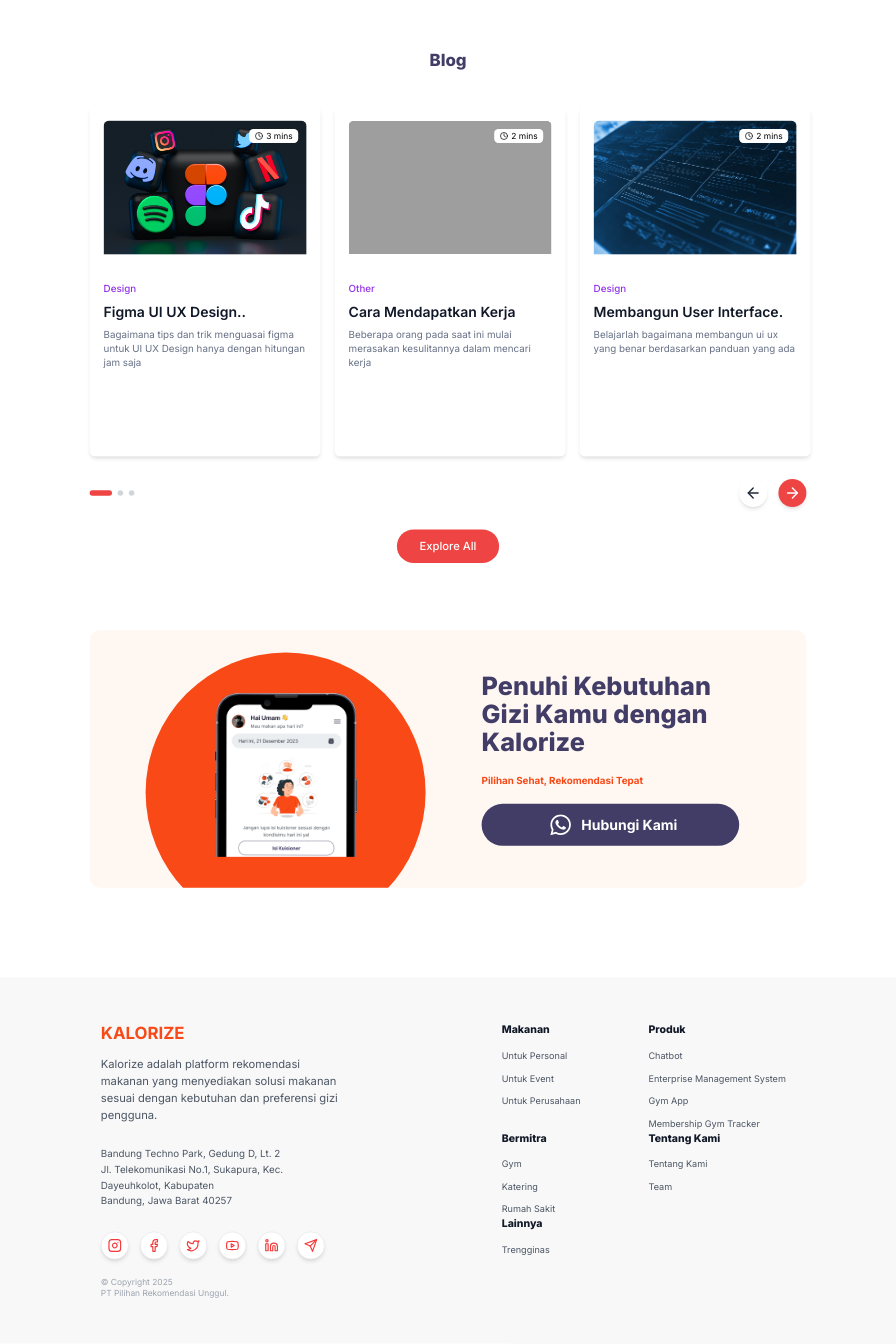
Repository: kalorizeofficial/new-main-web-kalorize
Page: /
The author's editor kept a copy of each file at every save. The page is drawn from the files as they stood at one save, then again after the next save.
The browser window is 1280 px wide. The pictures show the part of the page from y = 1095 to 3015 px (the page is 3015 px tall), at 70% of full size.
Pictures or frames that could not be fetched are drawn as grey boxes. The project was rebuilt for these pictures with package versions that can differ from the ones it lists, and the page was loaded fresh each time.

Above is the page before, as saved 2025-03-01 01:56:07.

### src/index.css
@import url("https://fonts.googleapis.com/css2?family=Inter:wght@100;200;300;400;500;600;700;800;900&display=swap");
@tailwind base;
@tailwind components;
@tailwind utilities;

### src/App.jsx
import Navbar from "./components/layout/Navbar";
import Partner from "./pages/partner";
import Testimoni from "./pages/testimoni";
import Blog from "./pages/blog";
import Contact from "./pages/contact";
import Footer from "./components/layout/Footer";

function App() {
  return (
    <div className="min-h-screen flex flex-col">
      <Navbar />
      <main className="flex-grow">
        <Partner />
        <Testimoni />
        <Blog />
        <Contact />
      </main>
      <Footer />
    </div>
  );
}

export default App;

### src/components/layout/Navbar.jsx
function Navbar() {
  return (
    <nav class="bg-white border-gray-200 dark:bg-gray-900">
      <div class="max-w-screen-xl flex flex-wrap items-center justify-between mx-auto p-4">
        <a
          href="https://flowbite.com/"
          class="flex items-center space-x-3 rtl:space-x-reverse"
        >
          <img
            src="https://flowbite.com/docs/images/logo.svg"
            class="h-8"
            alt="Flowbite Logo"
          />
          <span class="self-center text-2xl font-semibold whitespace-nowrap dark:text-white">
            Flowbite
          </span>
        </a>
        <button
          data-collapse-toggle="navbar-default"
          type="button"
          class="inline-flex items-center p-2 w-10 h-10 justify-center text-sm text-gray-500 rounded-lg md:hidden hover:bg-gray-100 focus:outline-none focus:ring-2 focus:ring-gray-200 dark:text-gray-400 dark:hover:bg-gray-700 dark:focus:ring-gray-600"
          aria-controls="navbar-default"
          aria-expanded="false"
        >
          <span class="sr-only">Open main menu</span>
          <svg
            class="w-5 h-5"
            aria-hidden="true"
            xmlns="http://www.w3.org/2000/svg"
            fill="none"
            viewBox="0 0 17 14"
          >
            <path
              stroke="currentColor"
              stroke-linecap="round"
              stroke-linejoin="round"
              stroke-width="2"
              d="M1 1h15M1 7h15M1 13h15"
            />
          </svg>
        </button>
        <div class="hidden w-full md:block md:w-auto" id="navbar-default">
          <ul class="font-medium flex flex-col p-4 md:p-0 mt-4 border border-gray-100 rounded-lg bg-gray-50 md:flex-row md:space-x-8 rtl:space-x-reverse md:mt-0 md:border-0 md:bg-white dark:bg-gray-800 md:dark:bg-gray-900 dark:border-gray-700">
            <li>
              <a
                href="#"
                class="block py-2 px-3 text-white bg-blue-700 rounded-sm md:bg-transparent md:text-blue-700 md:p-0 dark:text-white md:dark:text-blue-500"
                aria-current="page"
              >
                Home
              </a>
            </li>
            <li>
              <a
                href="#"
                class="block py-2 px-3 text-gray-900 rounded-sm hover:bg-gray-100 md:hover:bg-transparent md:border-0 md:hover:text-blue-700 md:p-0 dark:text-white md:dark:hover:text-blue-500 dark:hover:bg-gray-700 dark:hover:text-white md:dark:hover:bg-transparent"
              >
                About
              </a>
            </li>
            <li>
              <a
                href="#"
                class="block py-2 px-3 text-gray-900 rounded-sm hover:bg-gray-100 md:hover:bg-transparent md:border-0 md:hover:text-blue-700 md:p-0 dark:text-white md:dark:hover:text-blue-500 dark:hover:bg-gray-700 dark:hover:text-white md:dark:hover:bg-transparent"
              >
                Services
              </a>
            </li>
            <li>
              <a
                href="#"
                class="block py-2 px-3 text-gray-900 rounded-sm hover:bg-gray-100 md:hover:bg-transparent md:border-0 md:hover:text-blue-700 md:p-0 dark:text-white md:dark:hover:text-blue-500 dark:hover:bg-gray-700 dark:hover:text-white md:dark:hover:bg-transparent"
              >
                Pricing
              </a>
            </li>
            <li>
              <a
                href="#"
                class="block py-2 px-3 text-gray-900 rounded-sm hover:bg-gray-100 md:hover:bg-transparent md:border-0 md:hover:text-blue-700 md:p-0 dark:text-white md:dark:hover:text-blue-500 dark:hover:bg-gray-700 dark:hover:text-white md:dark:hover:bg-transparent"
              >
                Contact
              </a>
            </li>
          </ul>
        </div>
      </div>
    </nav>
  );
}

export default Navbar;

### src/pages/partner.jsx
const Partner = () => {
  const partners = [
    {
      name: "Zoom",
      logo: "/images/partners/zoom.png",
    },
    {
      name: "Adobe Creative Cloud",
      logo: "/images/partners/adobe.png",
    },
    {
      name: "Slack",
      logo: "/images/partners/slack.png",
    },
    {
      name: "Dropbox",
      logo: "/images/partners/dropbox.png",
    },
    {
      name: "Google Drive",
      logo: "/images/partners/gdrive.png",
    },
  ];

  const DecorativeCircle = ({ className }) => (
    <div
      className={`absolute w-3 h-3 rounded-full bg-[#2A85FF] opacity-100 ${className}`}
    />
  );

  return (
    <section className="pt-[100px] md:pt-[164px] pb-8 px-4 relative">
      {/* Decorative circles - hidden on mobile */}
      <DecorativeCircle className="hidden md:block top-80 left-72" />
      <DecorativeCircle className="hidden md:block bottom-8 right-72" />

      <h2 className="text-[20px] md:text-[24px] font-inter font-extrabold leading-[100%] text-center text-[#565656] mb-8 md:mb-12">
        Partner Kami
      </h2>

      <div className="max-w-8xl mx-auto overflow-x-auto">
        <div className="flex justify-start md:justify-center items-center gap-4 md:gap-20 md:flex-wrap min-w-min">
          {partners.map((partner, index) => (
            <div key={index} className="relative py-2 md:py-4 flex-shrink-0">
              <img
                src={partner.logo}
                alt={`${partner.name} logo`}
                className="w-[60px] h-[60px] md:w-[140px] md:h-[140px] object-contain transition-shadow duration-200 hover:shadow-xl rounded-[15px] md:rounded-[25px]"
              />
            </div>
          ))}
        </div>
      </div>
    </section>
  );
};

export default Partner;

### src/pages/blog.jsx
// Komponen Blog: Menampilkan carousel blog posts dengan navigasi
// dan tombol eksplorasi. Komponen ini menggunakan state untuk
// mengatur slide yang aktif.

import React, { useState } from "react";
import { Clock, ArrowLeftIcon, ArrowRightIcon } from "lucide-react";

const Blog = () => {
  // State untuk mengontrol slide yang sedang aktif
  const [currentSlide, setCurrentSlide] = useState(0);

  // Data blog posts yang akan ditampilkan dalam carousel
  const blogPosts = [
    {
      image: "/images/blog/blog1.jpeg",
      category: "Design",
      title: "Figma UI UX Design..",
      description:
        "Bagaimana tips dan trik menguasai figma untuk UI UX Design hanya dengan hitungan jam saja",
      readTime: "3 mins",
    },
    {
      image: "/images/blog/blog2.jpeg",
      category: "Other",
      title: "Cara Mendapatkan Kerja",
      description:
        "Beberapa orang pada saat ini mulai merasakan kesulitannya dalam mencari kerja",
      readTime: "2 mins",
    },
    {
      image: "/images/blog/blog3.jpeg",
      category: "Design",
      title: "Membangun User Interface.",
      description:
        "Belajarlah bagaimana membangun ui ux yang benar berdasarkan panduan yang ada",
      readTime: "2 mins",
    },
  ];

  // Fungsi untuk berpindah ke slide berikutnya
  // Menggunakan modulo untuk kembali ke awal jika sudah di slide terakhir
  const nextSlide = () => {
    setCurrentSlide((prev) => (prev + 1) % blogPosts.length);
  };

  // Fungsi untuk berpindah ke slide sebelumnya
  // Menggunakan modulo dan penambahan length untuk handling negative index
  const prevSlide = () => {
    setCurrentSlide((prev) => (prev - 1 + blogPosts.length) % blogPosts.length);
  };

  // Fungsi untuk langsung berpindah ke slide tertentu
  // Digunakan oleh navigation dots
  const goToSlide = (index) => {
    setCurrentSlide(index);
  };

  return (
    <section className="bg-white px-4 md:px-0">
      <div className="max-w-5xl mx-auto rounded-2xl">
        <h2 className="text-[20px] md:text-[24px] font-inter font-extrabold text-center text-[#413D66] pt-8 mb-8 md:mb-12">
          Blog
        </h2>

        <div className="relative">
          {/* Carousel blog posts */}
          <div className="flex flex-col md:flex-row gap-5">
            {blogPosts.map((post, index) => (
              <div
                key={index}
                className={`w-full md:w-[330px] h-auto md:h-[500px] flex-none bg-white rounded-lg overflow-hidden shadow-md transition-opacity duration-300 p-4 md:p-5 ${
                  index === currentSlide ? "block" : "hidden md:block"
                }`}
              >
                <div className="h-[200px] md:h-[45%] relative rounded-lg overflow-hidden pb-4">
                  <img
                    src={post.image}
                    alt={post.title}
                    className="w-full h-full object-cover"
                  />
                  <div className="absolute top-3 right-3 bg-white rounded-md px-2 py-0.5 flex items-center gap-1">
                    <Clock className="w-3 h-3" />
                    <span className="text-xs">{post.readTime}</span>
                  </div>
                </div>

                <div className="h-[60%]">
                  <div className="mt-5">
                    <span className="text-purple-600 text-sm font-medium">
                      {post.category}
                    </span>
                    <h3 className="mt-2 text-xl font-inter font-semibold text-[#101828]">
                      {post.title}
                    </h3>
                    <p className="mt-2 text-[#667085] font-inter text-sm line-clamp-8">
                      {post.description}
                    </p>
                  </div>
                </div>
              </div>
            ))}
          </div>

          {/* Navigation dots and arrows */}
          <div className="flex flex-col md:flex-row justify-between items-center gap-4 md:gap-0 my-8">
            <div className="flex gap-2">
              {blogPosts.map((_, index) => (
                <button
                  key={index}
                  onClick={() => goToSlide(index)}
                  className={`h-2 rounded-full transition-all duration-300 ${
                    index === currentSlide
                      ? "w-8 bg-red-500"
                      : "w-2 bg-gray-300"
                  }`}
                />
              ))}
            </div>

            <div className="flex gap-4">
              <button
                onClick={prevSlide}
                className="bg-white rounded-full p-2 shadow-md hover:bg-gray-50 text-gray-800"
              >
                <ArrowLeftIcon className="w-6 h-6" />
              </button>

              <button
                onClick={nextSlide}
                className="bg-red-500 rounded-full p-2 shadow-md hover:bg-red-600 text-white"
              >
                <ArrowRightIcon className="w-6 h-6" />
              </button>
            </div>
          </div>
        </div>

        {/* Tombol Explore All */}
        <div className="text-center pb-8">
          <button className="bg-red-500 text-white px-8 py-3 rounded-full font-medium hover:bg-red-600 transition-colors">
            Explore All
          </button>
        </div>
      </div>
    </section>
  );
};

export default Blog;

### src/pages/contact.jsx
import React from "react";

function Contact() {
  return (
    <section className="py-8 md:py-16 bg-white">
      <section className="max-w-5xl mx-auto bg-[#FFF7F2] rounded-2xl px-4 md:px-8 py-28 md:py-8 mb-8 md:mb-16 overflow-hidden">
        <div className="max-w-4xl mx-auto">
          <div className="flex flex-col md:flex-row items-center justify-center md:gap-16">
            {/* Left side - Stacked images */}
            <div className="relative -mb-0 md:-mb-24 scale-100 md:scale-100 -mt-12 md:mt-0">
              {/* Circle background */}
              <div className="bg-[#F94917] rounded-full w-[320px] md:w-[400px] h-[320px] md:h-[400px] translate-y-0 p-8 md:p-10" />

              {/* Phone image positioned on top of circle */}
              <img
                src="/phone.png" // Replace with your actual image path
                alt="Kalorize App"
                className="absolute top-[175px] left-1/2 transform -translate-x-1/2 -translate-y-1/2 w-[187px] md:w-[204px]"
              />
            </div>

            {/* Right side - Content */}
            <div
              className="flex flex-col space-y-4 md:space-y-6 max-w-[300px] md:max-w-[400px] text-center md:text-left -mt-10 md:mt-0
                          md:bg-transparent bg-[#FFF7F2] rounded-lg p-4 relative z-10"
            >
              <h1 className="text-xl md:text-4xl font-extrabold text-[#413D66] leading-[1.4] font-inter">
                Penuhi Kebutuhan Gizi Kamu dengan Kalorize
              </h1>
              <p className="text-xs md:text-sm font-bold text-[#F94917] leading-normal font-inter">
                Pilihan Sehat, Rekomendasi Tepat
              </p>
              <button className="bg-[#413D66] text-white rounded-[30px] py-[15px] px-[30px] flex items-center justify-center gap-1 mx-auto md:mx-0 hover:bg-[#363156] transition-colors">
                <svg
                  width="50"
                  height="30"
                  viewBox="0 0 47 47"
                  fill="none"
                  xmlns="http://www.w3.org/2000/svg"
                >
                  <path
                    d="M39.5834 7.35111C35.2634 3.02969 29.511 0.662109 23.3891 0.662109C10.7755 0.662109 0.495224 10.891 0.495224 23.4415C0.495224 27.4641 1.5579 31.3717 3.54466 34.8197L0.31041 46.6346L12.4388 43.4625C15.7886 45.2784 19.5542 46.2438 23.3891 46.2438C36.0026 46.2438 46.2829 36.015 46.2829 23.4645C46.2829 17.3731 43.9034 11.6495 39.5834 7.35111ZM23.3891 42.3821C19.97 42.3821 16.6202 41.4627 13.6863 39.7387L12.9933 39.325L5.78553 41.2099L7.70297 34.222L7.24094 33.5095C5.34659 30.4983 4.33011 27.0043 4.33011 23.4415C4.33011 13.0057 12.8778 4.50081 23.366 4.50081C28.4483 4.50081 33.2304 6.47763 36.8112 10.0635C40.4151 13.6493 42.3787 18.4075 42.3787 23.4645C42.4249 33.9002 33.8773 42.3821 23.3891 42.3821ZM33.8311 28.2226C33.2535 27.9468 30.4351 26.5676 29.9269 26.3607C29.3955 26.1768 29.0259 26.0849 28.6332 26.6366C28.2404 27.2112 27.1546 28.4985 26.8312 28.8662C26.5078 29.257 26.1613 29.303 25.5837 29.0042C25.0062 28.7283 23.158 28.1077 20.9865 26.1768C19.2769 24.6598 18.145 22.7979 17.7984 22.2232C17.475 21.6486 17.7522 21.3497 18.0526 21.0509C18.3067 20.7981 18.6301 20.3843 18.9073 20.0625C19.1845 19.7407 19.3001 19.4878 19.4849 19.1201C19.6697 18.7293 19.5773 18.4075 19.4387 18.1317C19.3001 17.8558 18.145 15.0515 17.6829 13.9022C17.2209 12.7988 16.7358 12.9368 16.3892 12.9138C16.0427 12.9138 15.6731 12.9138 15.2803 12.9138C14.8876 12.9138 14.287 13.0517 13.7556 13.6264C13.2474 14.201 11.7689 15.5802 11.7689 18.3845C11.7689 21.1888 13.8249 23.9012 14.1022 24.269C14.3794 24.6598 18.145 30.4063 23.8742 32.8658C25.2372 33.4635 26.2999 33.8083 27.1315 34.0611C28.4945 34.4979 29.742 34.4289 30.7354 34.291C31.8443 34.1301 34.1314 32.9118 34.5934 31.5786C35.0785 30.2454 35.0786 29.1191 34.9168 28.8662C34.7551 28.6134 34.4086 28.4985 33.8311 28.2226Z"
                    fill="white"
                  />
                </svg>
                <span className="text-xl font-bold">Hubungi Kami</span>
              </button>
            </div>
          </div>
        </div>
      </section>
    </section>
  );
}

export default Contact;

### src/components/layout/Footer.jsx
import React from "react";
import {
  Instagram,
  Phone,
  Linkedin,
  Send,
  Mail,
  Facebook,
  Twitter,
  Youtube,
} from "lucide-react";

const Footer = () => {
  const socialLinks = [
    { icon: Instagram, href: "https://instagram.com/kalorize" },
    { icon: Facebook, href: "https://facebook.com/kalorize" },
    { icon: Twitter, href: "https://twitter.com/kalorize" },
    { icon: Youtube, href: "https://youtube.com/kalorize" },
    { icon: Linkedin, href: "https://linkedin.com/company/kalorize" },
    { icon: Send, href: "https://t.me/kalorize" },
  ];

  const navigationLinks = [
    {
      title: "Makanan",
      links: [
        { name: "Untuk Personal", href: "/personal" },
        { name: "Untuk Event", href: "/event" },
        { name: "Untuk Perusahaan", href: "/corporate" },
      ],
    },
    {
      title: "Produk",
      links: [
        { name: "Chatbot", href: "/products/chatbot" },
        { name: "Enterprise Management System", href: "/products/ems" },
        { name: "Gym App", href: "/products/gym-app" },
        { name: "Membership Gym Tracker", href: "/products/gym-tracker" },
      ],
    },
    {
      title: "Bermitra",
      links: [
        { name: "Gym", href: "/partners/gym" },
        { name: "Katering", href: "/partners/catering" },
        { name: "Rumah Sakit", href: "/partners/hospital" },
      ],
    },
    {
      title: "Tentang Kami",
      links: [
        { name: "Tentang Kami", href: "/about" },
        { name: "Team", href: "/team" },
      ],
    },
    {
      title: "Lainnya",
      links: [{ name: "Trengginas", href: "/trengginas" }],
    },
  ];

  return (
    <footer className="bg-[#F8F8F8] py-8 lg:py-16">
      <div className="max-w-5xl mx-auto px-4 lg:px-18">
        {/* Mobile Layout */}
        <div className="lg:hidden">
          <h1 className="text-2xl font-bold text-[#F94917] mb-2">KALORIZE</h1>
          <p className="text-sm text-gray-600 mb-4">
            Kalorize adalah platform rekomendasi makanan yang menyediakan solusi
            makanan sesuai dengan kebutuhan dan preferensi gizi pengguna.
          </p>
          <address className="text-sm text-gray-600 not-italic mb-6">
            Bandung Techno Park, Gedung D, Lt 2<br />
            Jl. Telekomunikasi No1, Sukapura, Kec. Dayeuhkolot,
            <br />
            Kabupaten Bandung, Jawa Barat 40257
          </address>

          {navigationLinks.map((section) => (
            <div key={section.title} className="mt-6">
              <h2 className="font-bold text-gray-900">{section.title}</h2>
              <ul className="mt-2 space-y-1">
                {section.links.map((link) => (
                  <li key={link.name}>
                    <a
                      href={link.href}
                      className="text-gray-600 hover:text-gray-900"
                    >
                      {link.name}
                    </a>
                  </li>
                ))}
              </ul>
            </div>
          ))}

          <div className="mt-6 flex space-x-4">
            {socialLinks.map((social, index) => (
              <a
                key={index}
                href={social.href}
                className="text-gray-500 hover:text-[#F94917]"
              >
                <social.icon className="w-5 h-5" />
              </a>
            ))}
          </div>
        </div>

        {/* Desktop Layout */}
        <div className="hidden lg:block">
          <div className="grid grid-cols-10 gap-20">
            {/* Logo and Description */}
            <div className="col-span-4">
              <h2 className="text-[#F94917] text-2xl font-bold mb-4">
                KALORIZE
              </h2>
              <p className="text-gray-600 mb-8">
                Kalorize adalah platform rekomendasi makanan yang menyediakan
                solusi makanan sesuai dengan kebutuhan dan preferensi gizi
                pengguna.
              </p>

              <div className="mb-8">
                <p className="text-gray-600 text-sm leading-relaxed">
                  Bandung Techno Park, Gedung D, Lt. 2
                  <br />
                  Jl. Telekomunikasi No.1, Sukapura, Kec. Dayeuhkolot, Kabupaten
                  <br />
                  Bandung, Jawa Barat 40257
                </p>
              </div>

              {/* Social Media Links */}
              <div className="flex gap-4">
                {socialLinks.map((social, index) => (
                  <a
                    key={index}
                    href={social.href}
                    className="w-10 h-10 rounded-full bg-white border border-gray-200 flex items-center justify-center hover:bg-gray-50 transition-colors shadow-md"
                  >
                    <social.icon className="w-5 h-5 text-[#F53838]" />
                  </a>
                ))}
              </div>
            </div>

            {/* Right Navigation Links */}
            <div className="col-span-6 pl-36">
              <div className="grid grid-cols-2 gap-x-0">
                {navigationLinks.map((section) => (
                  <div key={section.title} className="space-y-8">
                    <div>
                      <h2 className="text-[15px] font-inter font-extrabold text-gray-900 mb-3">
                        {section.title}
                      </h2>
                      <ul className="space-y-2">
                        {section.links.map((link) => (
                          <li key={link.name}>
                            <a
                              href={link.href}
                              className="text-[13px] text-gray-600 font-inter hover:text-gray-900"
                            >
                              {link.name}
                            </a>
                          </li>
                        ))}
                      </ul>
                    </div>
                  </div>
                ))}
              </div>
            </div>
          </div>
        </div>

        {/* Copyright */}
        <div className="mt-6 text-xs text-gray-400">
          <p>© Copyright 2025</p>
          <p>PT Pilihan Rekomendasi Unggul.</p>
        </div>
      </div>
    </footer>
  );
};

export default Footer;

Loaded but not shown: public/index.html (common file); src/index.js (common file); tailwind.config.js (12 lines, source omitted); src/pages/testimoni.jsx (176 lines, source omitted)

After the next save:
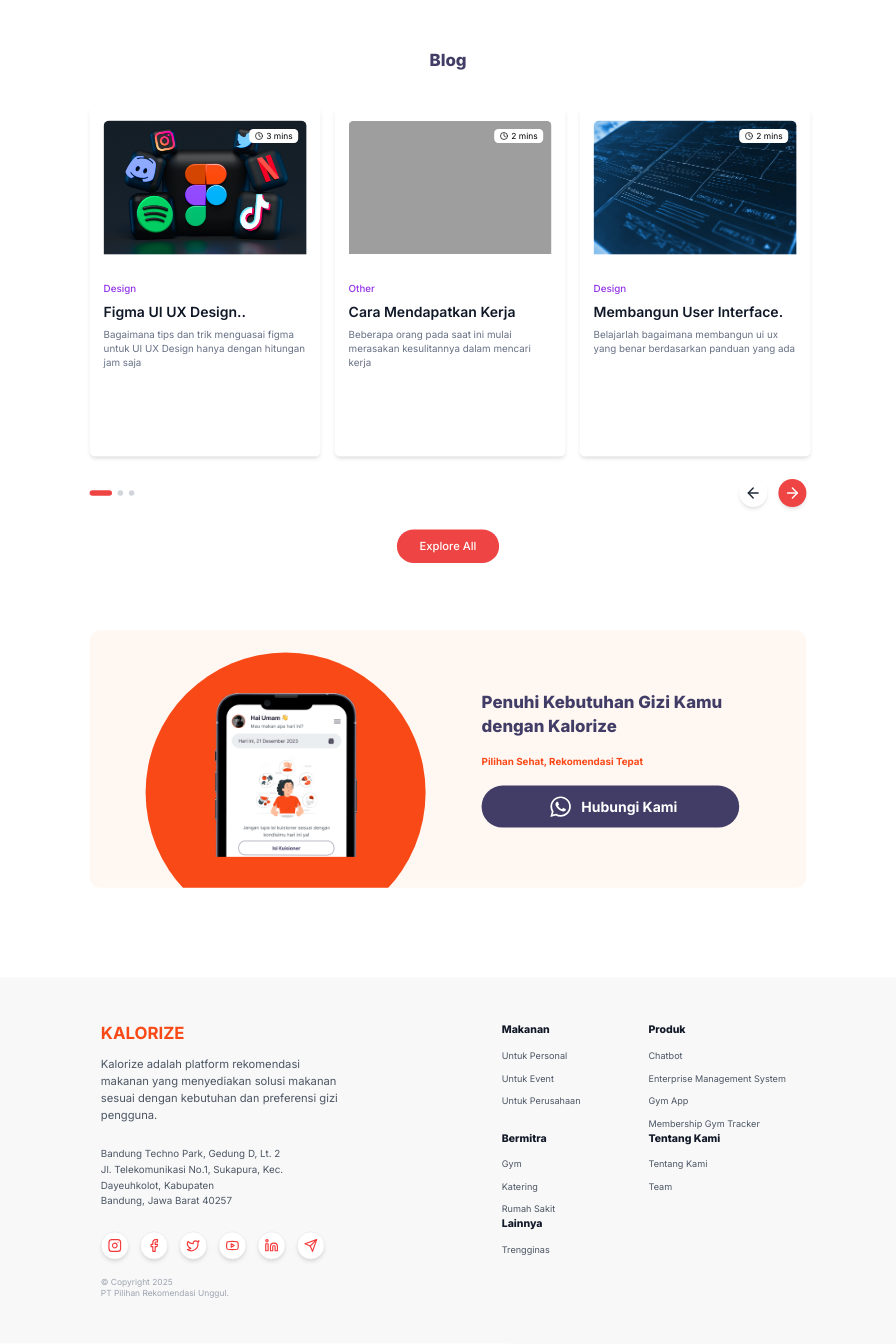
Saved 18 s later.
--- a/src/pages/contact.jsx
+++ b/src/pages/contact.jsx
@@ -24,7 +24,7 @@
               className="flex flex-col space-y-4 md:space-y-6 max-w-[300px] md:max-w-[400px] text-center md:text-left -mt-10 md:mt-0
                           md:bg-transparent bg-[#FFF7F2] rounded-lg p-4 relative z-10"
             >
-              <h1 className="text-xl md:text-4xl font-extrabold text-[#413D66] leading-[1.4] font-inter">
+              <h1 className="text-xl md:text-[24px] font-extrabold text-[#413D66] leading-[1.4] font-inter">
                 Penuhi Kebutuhan Gizi Kamu dengan Kalorize
               </h1>
               <p className="text-xs md:text-sm font-bold text-[#F94917] leading-normal font-inter">
